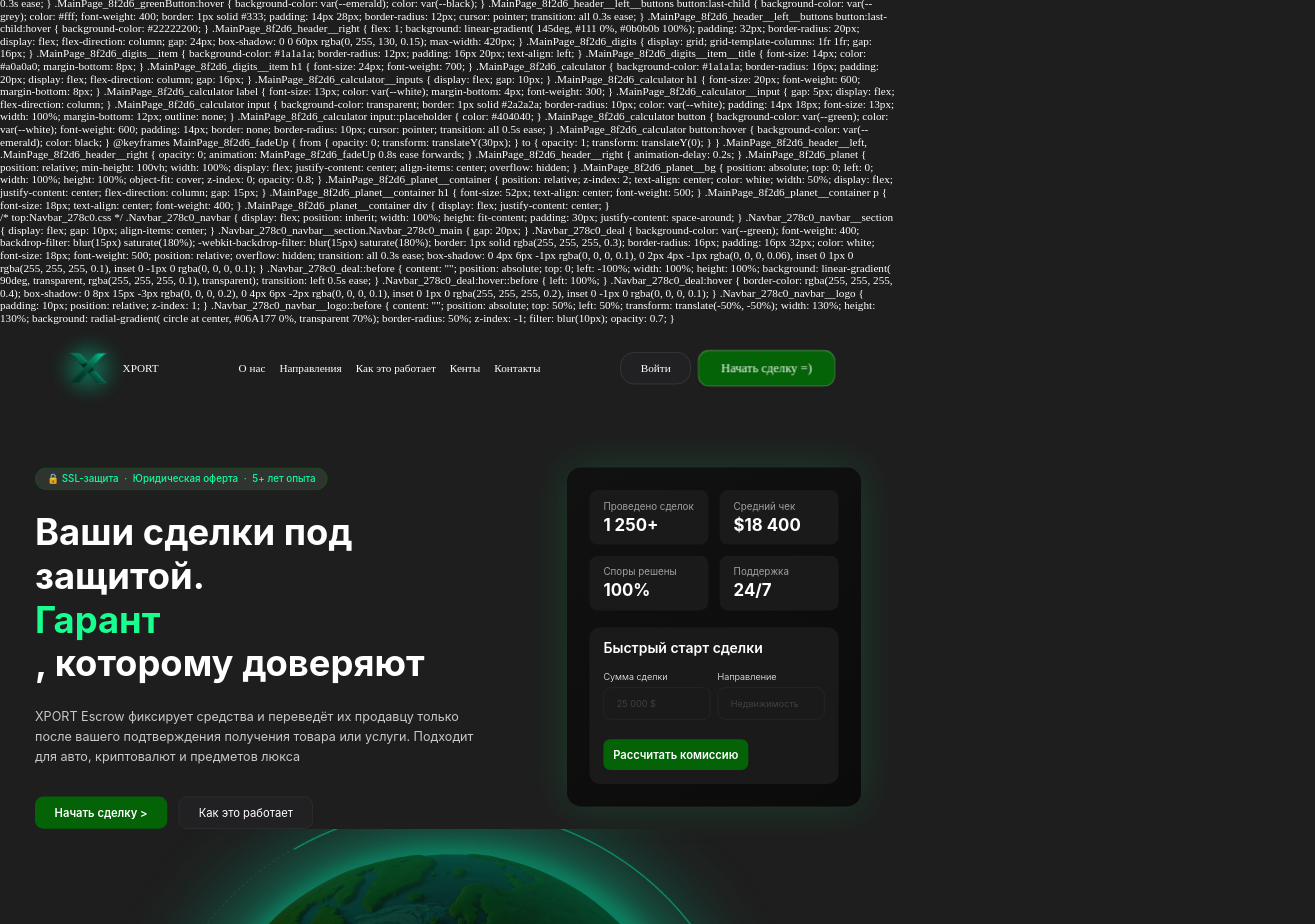
Repository: 1mpuryyyyy/x-port
Page: /x-port/
The author's editor kept a copy of each file at every save. The page is drawn from the files as they stood at one save, then again after a run of saves.
The browser window is 1280 px wide. The page is 1879 px wide, so the pictures cover 1879 px, including what lies to the right of the window. The pictures show the part of the page from y = 1300 to 2620 px (the page is 3284 px tall), at 70% of full size.
The project was rebuilt for these pictures with package versions that can differ from the ones it lists, and the page was loaded fresh each time. Also part of the build but not shown: vite.config.js.

Above is the page before, as saved 2025-10-09 03:04:36.

After the next 2 saves:
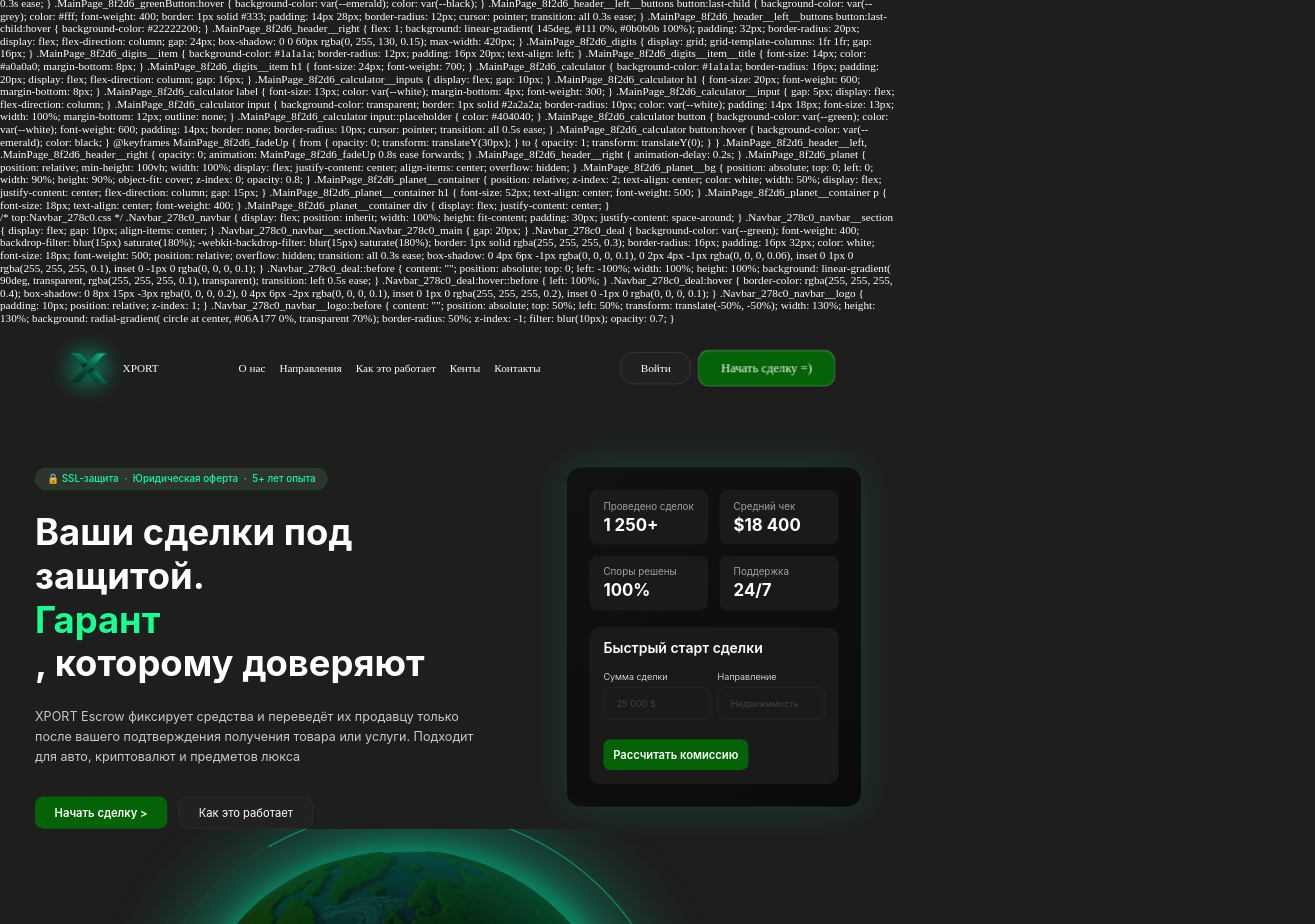
The 2 saves are shown as one change because they came seconds apart.
The last was saved 52 s later.
--- a/src/components/MainPage/MainPage.module.css
+++ b/src/components/MainPage/MainPage.module.css
@@ -241,8 +241,8 @@
     position: absolute;
     top: 0;
     left: 0;
-    width: 100%;
-    height: 100%;
+    width: 90%;
+    height: 90%;
     object-fit: cover;
     z-index: 0;
     opacity: 0.8;

After the save that followed:
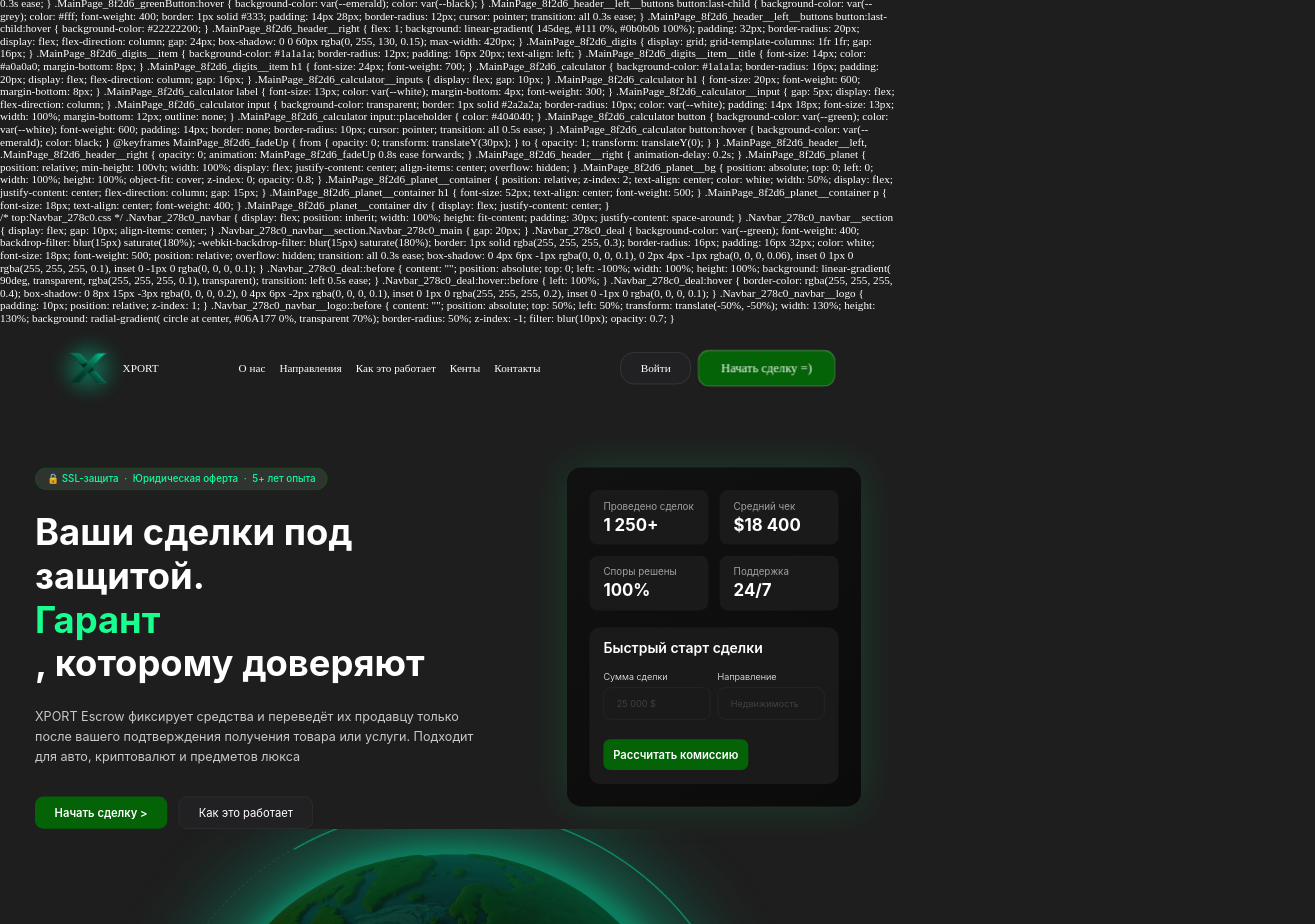
Saved 8 s later.
--- a/src/components/MainPage/MainPage.module.css
+++ b/src/components/MainPage/MainPage.module.css
@@ -241,8 +241,8 @@
     position: absolute;
     top: 0;
     left: 0;
-    width: 90%;
-    height: 90%;
+    width: 100%;
+    height: 100%;
     object-fit: cover;
     z-index: 0;
     opacity: 0.8;
